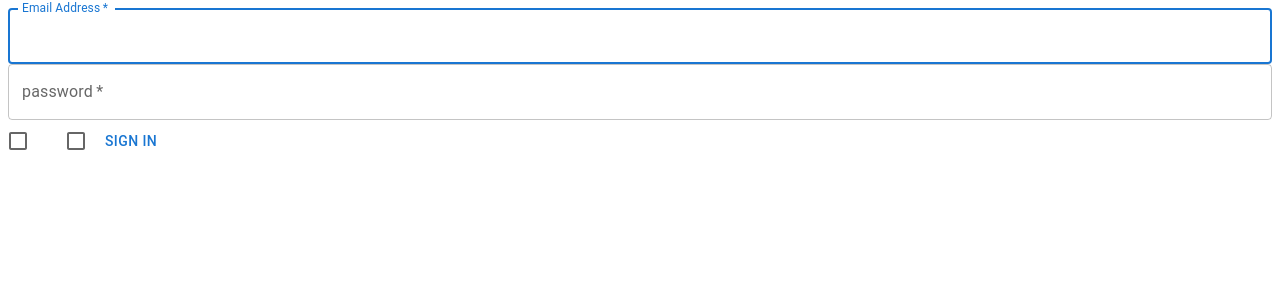
Repository: chlwpdnswku/nextjsportpolioclone
Page: /
An editor plug-in stored every save of this project. The page is shown before and after the next save, followed by the edit.
The browser window is 1280 px wide. The pictures show the whole page.
The project was rebuilt for these pictures with package versions that can differ from the ones it lists, and the page was loaded fresh each time. The framework's server and built-in components were replaced by stand-ins that run in the browser. Also part of the build but not shown: next.config.js.

Above is the page before, as saved 2022-08-05 16:48:12.

After the next save:
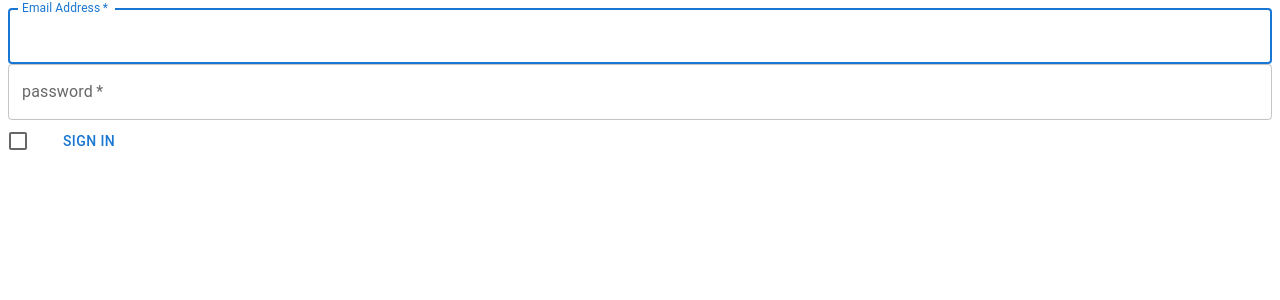
Saved 26 s later.
--- a/pages/index.tsx
+++ b/pages/index.tsx
@@ -36,7 +36,7 @@ const Home: NextPage = () => {
         control={<Checkbox value='remember' color='primary'></Checkbox>}
         label={undefined}
       ></FormControlLabel>
-      <Checkbox value='remember' color='primary' />
+
       {/* 서버로 보내는 서브밋 타이틀을 만들어줌. */}
       <Button type='submit'>SIGN IN</Button>
     </>
